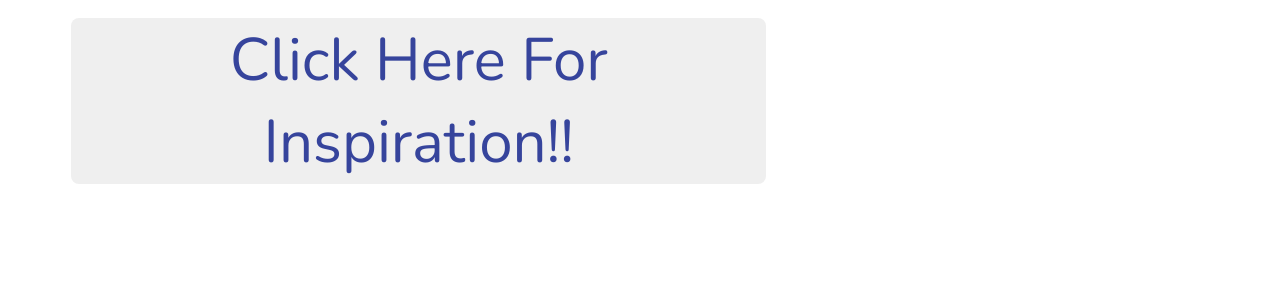
Repository: Hogwartsalumni/Inspire
Page: main.html
The author's editor kept a record of every edit. The page is drawn from the files as they stood at one moment, then again after the next edit.
The browser window is 1280 px wide. The pictures show the whole page.

Above is the page before.

### main.html
<!DOCTYPE html>
<html>
  <head>
    <meta charset="UTF-8">
    <link rel="icon" href="rainbow.png" type="image/x-icon"></a>
    <link rel="stylesheet" href="main.css" type="text/css">
    <link href="https://fonts.googleapis.com/css2?family=Nunito&family=Quicksand&display=swap" rel="stylesheet">
    <title>Inspire</title>
  </head>
  <body>
    <button onClick="displayImage()">Click Here For Inspiration!!</button>
    <!--<input type="button" onClick="displayImage()" value="Click Here For Inspiration!">-->
    <br>
    <img src="img/blank.png" name="canvas"/>
    <script src="main.js"></script>
  </body>
</html>

### main.css
button {
    color: #36449C;
    text-align: center;
    font-family: Nunito;
    font-size: 60px;
    border: none;
    width: 55%;
    text-decoration: none;
    display: inline-block;
    margin: 10px 5%;
    cursor: pointer;
    border-radius: 8px;
}

img {
  width: 450px;
  height: 450px;
}

### main.js
var imagesArray = new Array('img/you-rock.jpg', 'img/you-amazing.png', 'img/stay-home-strong.jpg', 'img/in-this-together.png');

function displayImage() {
    var num = Math.floor(Math.random() * imagesArray.length);
    document.canvas.src = imagesArray[num];
}

After the next edit:
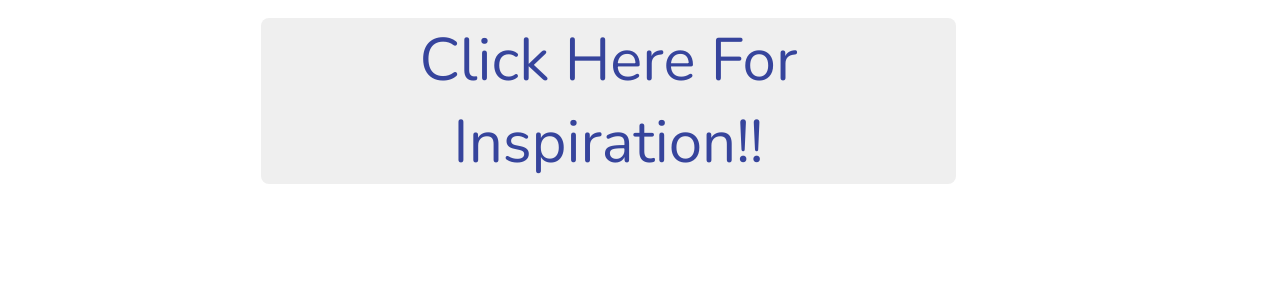
The edit:
--- a/main.css
+++ b/main.css
@@ -7,7 +7,7 @@
     width: 55%;
     text-decoration: none;
     display: inline-block;
-    margin: 10px 5%;
+    margin: 10px 20%;
     cursor: pointer;
     border-radius: 8px;
 }
